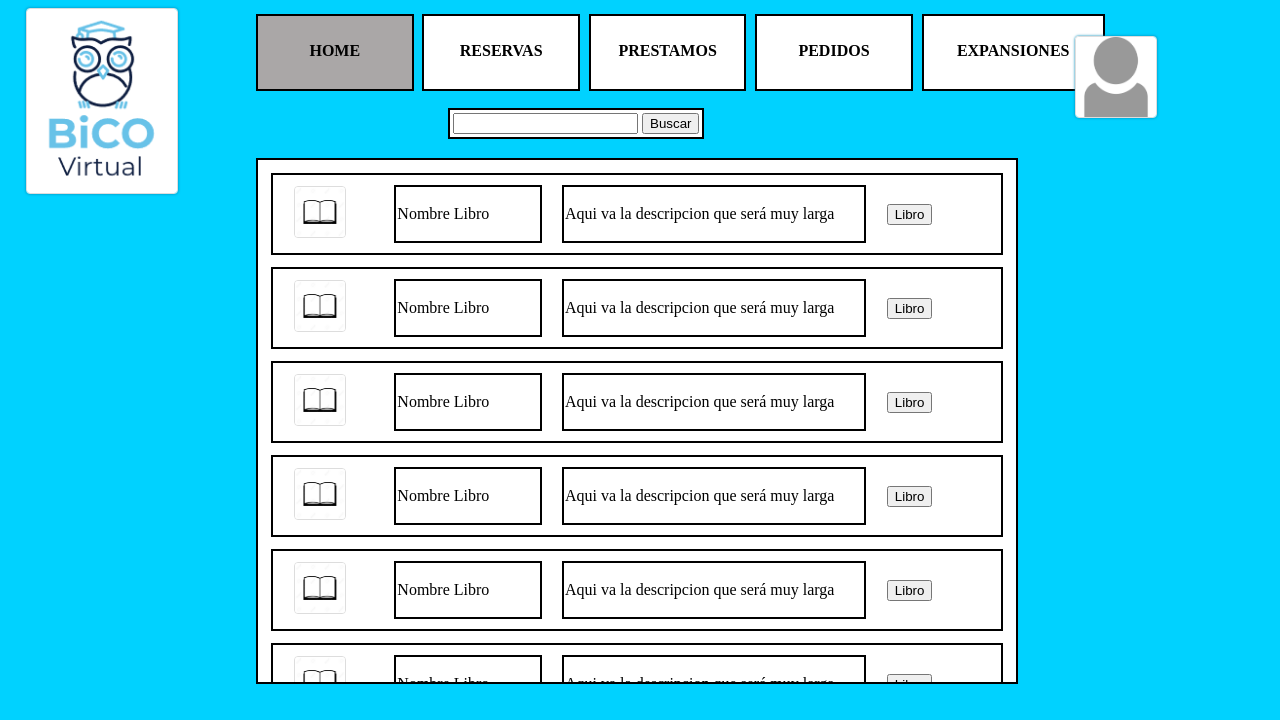
Repository: i72frpeu/IW_Bien
Page: http://localhost/Trabajo_IW/Home (Admin).jsp
The author's editor kept a copy of each file at every save. The page is drawn from the files as they stood at one save, then again after the next save.
The browser window is 1280 px wide. The pictures show the whole page.
An inner scrolling area shows only its first screen. The page is served by Tomcat 9.

Above is the page before, as saved 2020-05-19 13:16:25.

After the next save:
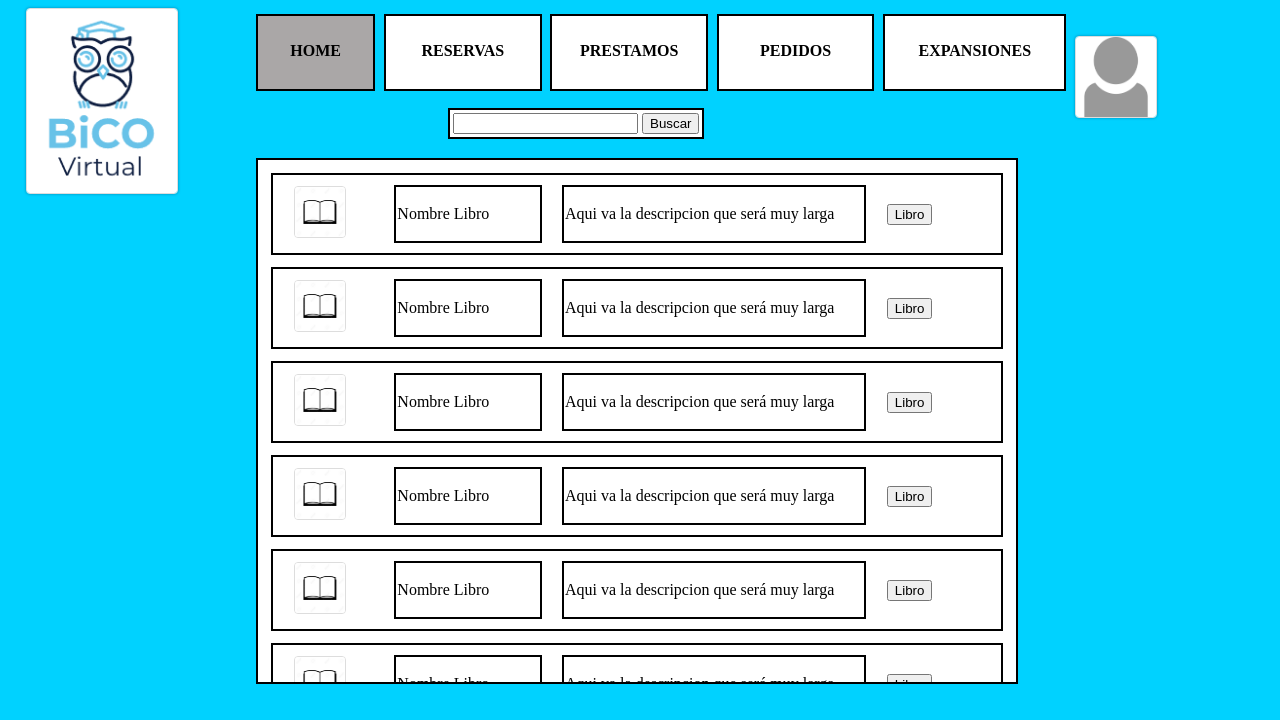
Saved 35 s later.
--- a/WorkSpace/Trabajo IW/WebContent/CSS/headeradmin.css
+++ b/WorkSpace/Trabajo IW/WebContent/CSS/headeradmin.css
@@ -45,20 +45,35 @@ body
 	padding: 2%;
 	left: 20%;
 	top:2%;
+	width: 5%;
+	height: 3%;
+	text-align: center;
+	position: fixed;
+}
+
+.link_amigos
+{
+	background-color: white;
+	border: 2px solid black;
+	color: black;
+	text-decoration: none;
+	padding: 2%;
+	left: 30%;
+	top:2%;
 	width: 8%;
 	height: 3%;
 	text-align: center;
 	position: fixed;
 }
 
-.link_amigos
-{
-	background-color: white;
-	border: 2px solid black;
-	color: black;
-	text-decoration: none;
-	padding: 2%;
-	left: 33%;
+.link_buscador
+{
+	background-color: white;
+	border: 2px solid black;
+	color: black;
+	text-decoration: none;
+	padding: 2%;
+	left: 43%;
 	top:2%;
 	width: 8%;
 	height: 3%;
@@ -66,14 +81,14 @@ body
 	position: fixed;
 }
 
-.link_buscador
-{
-	background-color: white;
-	border: 2px solid black;
-	color: black;
-	text-decoration: none;
-	padding: 2%;
-	left: 46%;
+.link_foro
+{
+	background-color: white;
+	border: 2px solid black;
+	color: black;
+	text-decoration: none;
+	padding: 2%;
+	left: 56%;
 	top:2%;
 	width: 8%;
 	height: 3%;
@@ -81,21 +96,6 @@ body
 	position: fixed;
 }
 
-.link_foro
-{
-	background-color: white;
-	border: 2px solid black;
-	color: black;
-	text-decoration: none;
-	padding: 2%;
-	left: 59%;
-	top:2%;
-	width: 8%;
-	height: 3%;
-	text-align: center;
-	position: fixed;
-}
-
 .link_Expansiones
 {
 	background-color: white;
@@ -103,7 +103,7 @@ body
 	color: black;
 	text-decoration: none;
 	padding: 2%;
-	left: 72%;
+	left: 69%;
 	top:2%;
 	width: 10%;
 	height: 3%;
